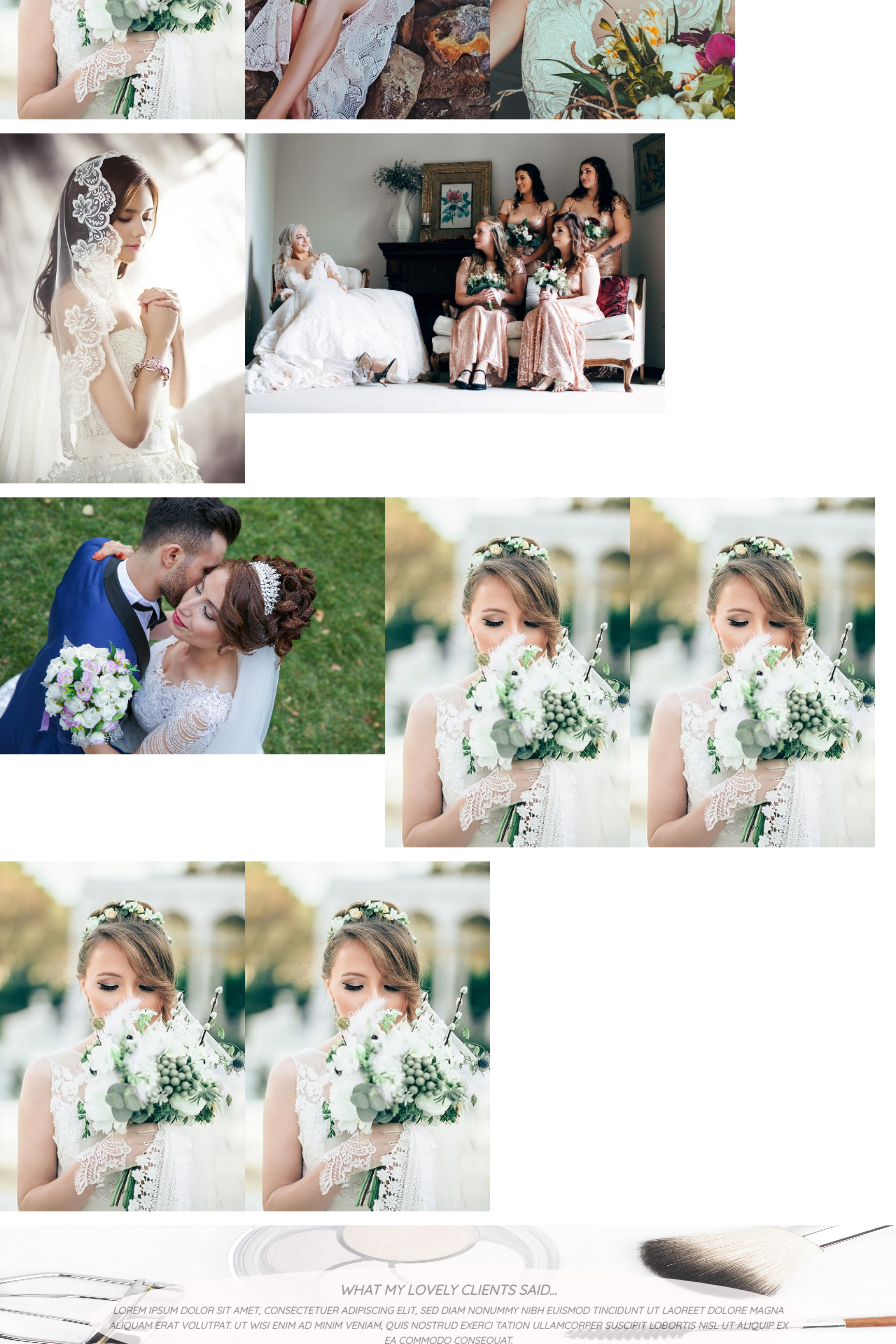
Repository: JayneyNix/milestone-1-UCFD
Page: gallery.html
The author's editor kept a record of every edit. The page is drawn from the files as they stood at one moment, then again after the next edit.
The browser window is 1280 px wide. The pictures show the part of the page from y = 648 to 2568 px (the page is 3004 px tall), at 70% of full size.
Some web libraries are served in a nearby version.

Above is the page before.

After the next edit:
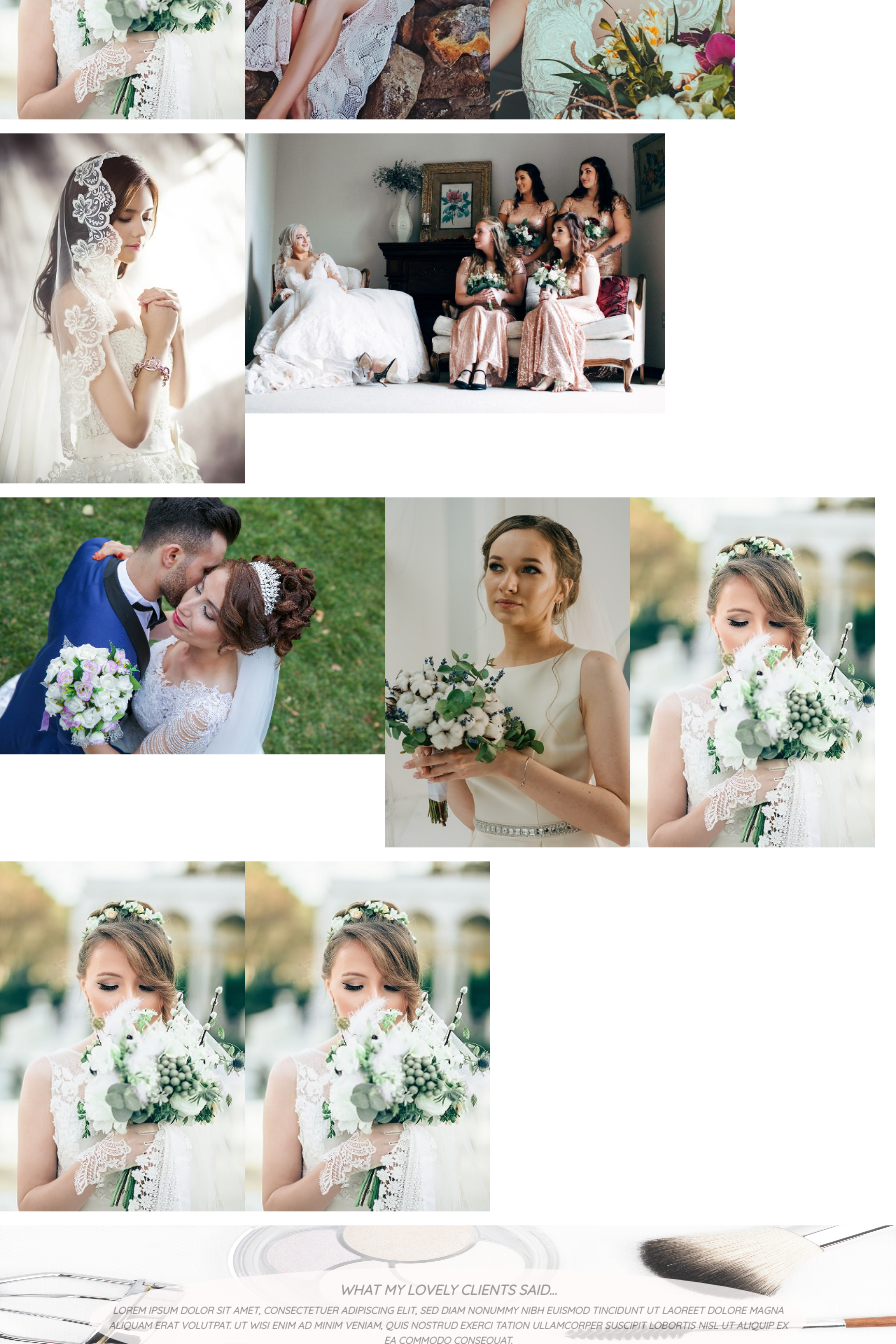
The edit:
--- a/gallery.html
+++ b/gallery.html
@@ -105,7 +105,7 @@
                 <img class="gallery-image" src="Assets/bouquet-bridal-bride.jpg" alt="bride" />
             </div>
             <div class="gallery-item">
-                <img class="gallery-image" src="Assets/Bride-eyes-closed-with-flowers.jpg" alt="bride" />
+                <img class="gallery-image" src="Assets/bride-natural-make-up.jpg" alt="bride" />
             </div>
             <div class="gallery-item">
                 <img class="gallery-image" src="Assets/Bride-eyes-closed-with-flowers.jpg" alt="bride" />
